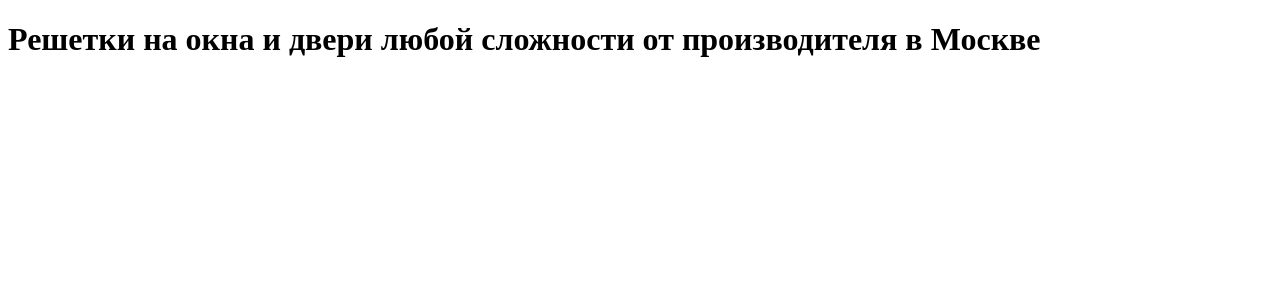
Repository: Nisovaki/https---github.com-Nisovaki-test
Page: Index.html
An editor plug-in stored every save of this project. The page is shown before and after a run of saves, followed by the edit.
The browser window is 1280 px wide. The pictures show the whole page.

Above is the page before, as saved 2022-05-13 11:39:17.

After the next 5 saves:
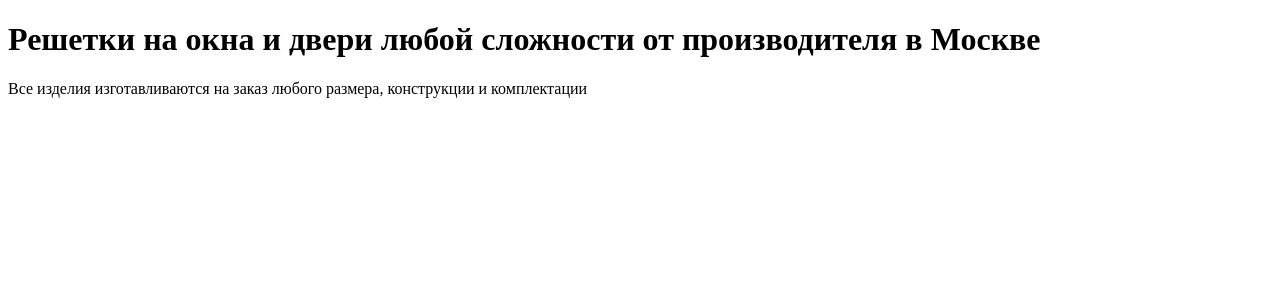
The 5 saves are shown as one change because they came seconds apart.
The last was saved 13 s later.
--- a/Index.html
+++ b/Index.html
@@ -10,7 +10,7 @@
   <div class="header">
     <div class="container">
       <h1 class="header-title">Решетки на окна и двери любой сложности от производителя в Москве</h1>
-
+      <p class="header-text">Все изделия изготавливаются на заказ любого размера, конструкции и комплектации</p>
     </div>
   </div>
 </body>
